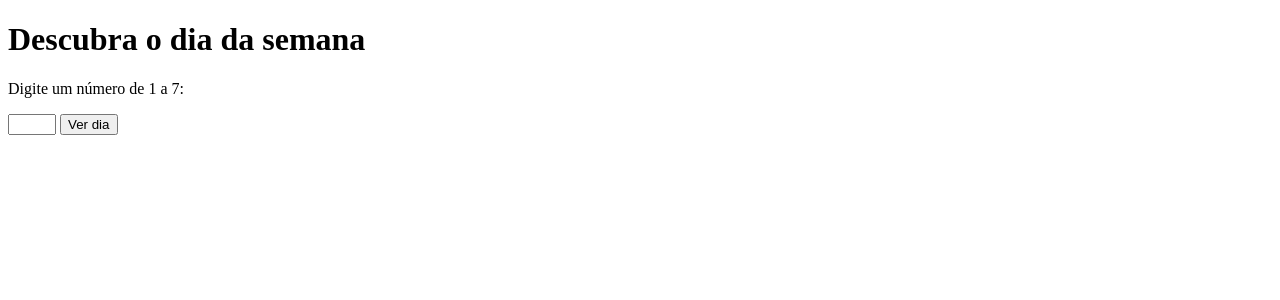
Repository: analessp/exercicios-logica
Page: index.html
An editor plug-in stored every save of this project. The page is shown before and after a run of saves, followed by the edit.
The browser window is 1280 px wide. The pictures show the whole page.

Above is the page before, as saved 2025-05-06 09:35:40.

After the next 4 saves:
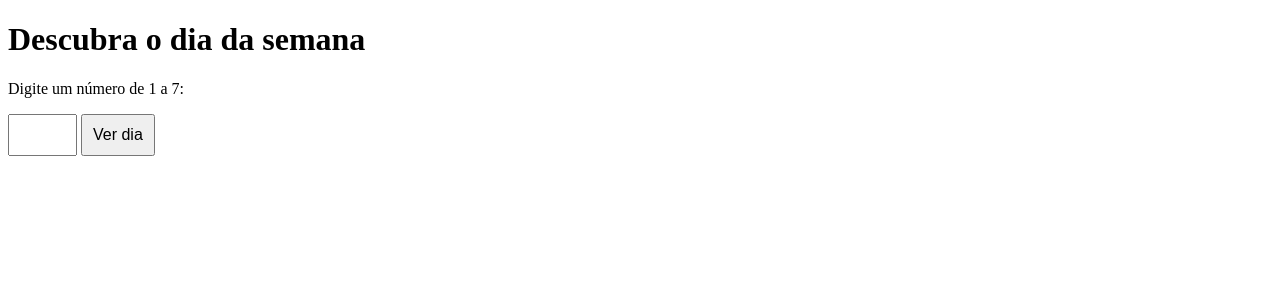
The 4 saves are shown as one change because they came seconds apart.
The last was saved 12 s later.
--- a/style.css
+++ b/style.css
@@ -9,5 +9,6 @@ body {
 }
 
 input, button {
-    padding: ;
+    padding: 10px;
+    font-size: 16px;
 }
